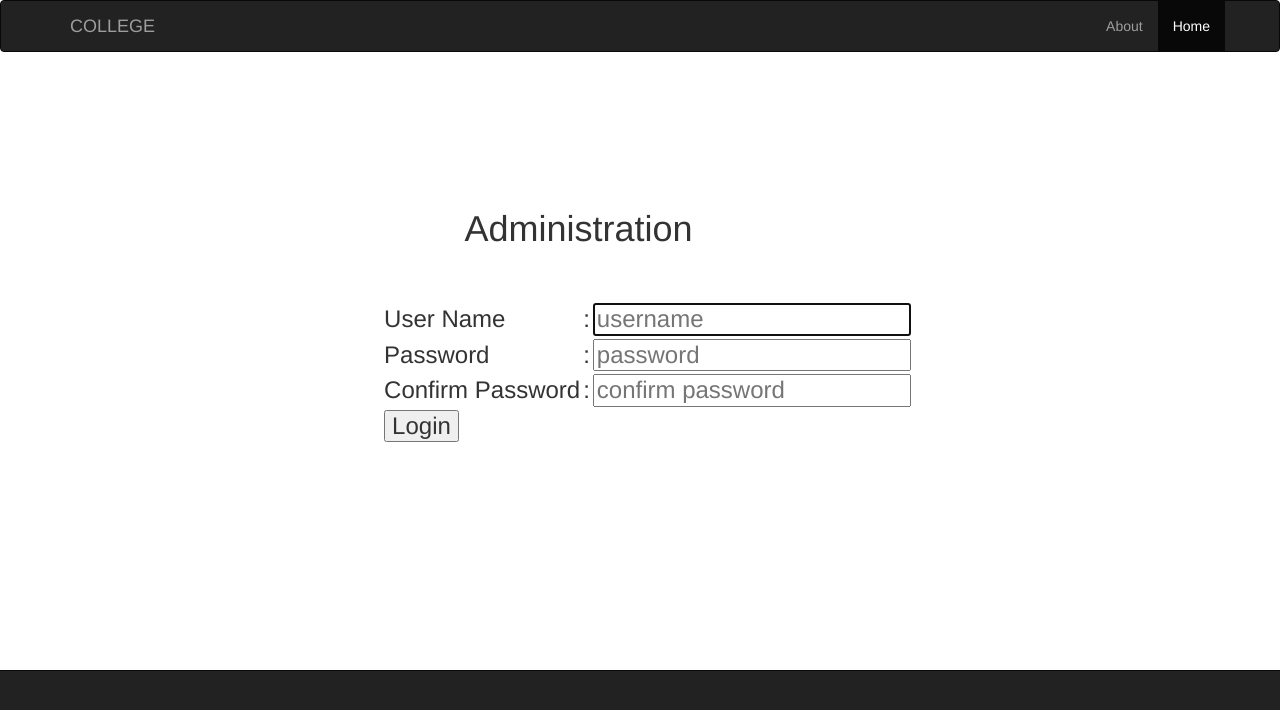
Repository: waheedsd/College
Page: http://localhost/College/admin.jsp
An editor plug-in stored every save of this project. The page is shown before and after the next save, followed by the edit.
The browser window is 1280 px wide. The pictures show the whole page.
The page is served by Tomcat 9.

Above is the page before, as saved 2017-09-16 01:24:06.

After the next save:
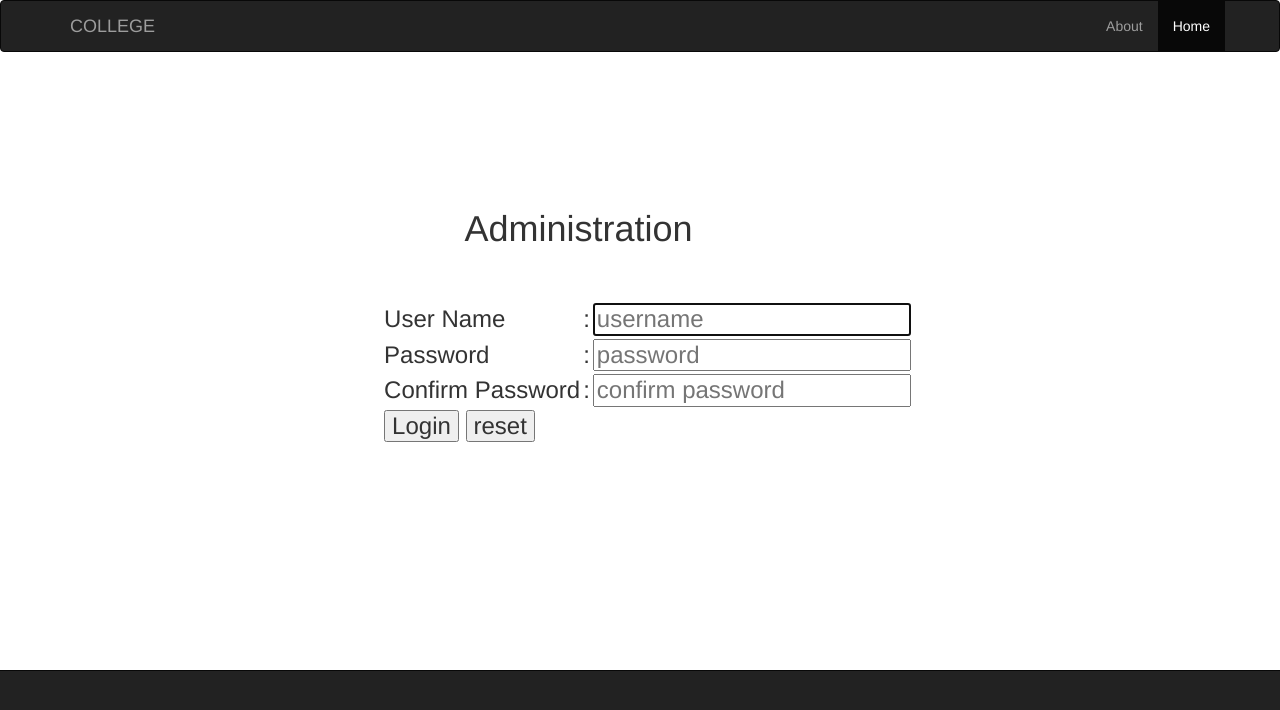
Saved 3 min 12 s later.
--- a/College/WebContent/admin.jsp
+++ b/College/WebContent/admin.jsp
@@ -12,9 +12,10 @@
         {
         	  var x=document.myform.admin_password1.value;
               var y=document.myform.admin_password2.value;
-              document.getElementById("msg").innerHTML="Type password & confirm password as 'Admin' ";
+
             if(x!="Admin" || y!="Admin")
             {
+            	 document.getElementById("msg").innerHTML="Type password & confirm password as 'Admin' ";
             	return false
             }
             else
@@ -92,9 +93,10 @@
             </td>
         </tr>
 
-        <tr>
+        <tr colspan="2">
             <td>
-                <div><input  type="submit"  value="Login"  ></input></div>
+                <div><input  type="submit"  value="Login"  >
+                <input type="reset" value="reset"></div>
             </td>
         </tr>
     </table>
